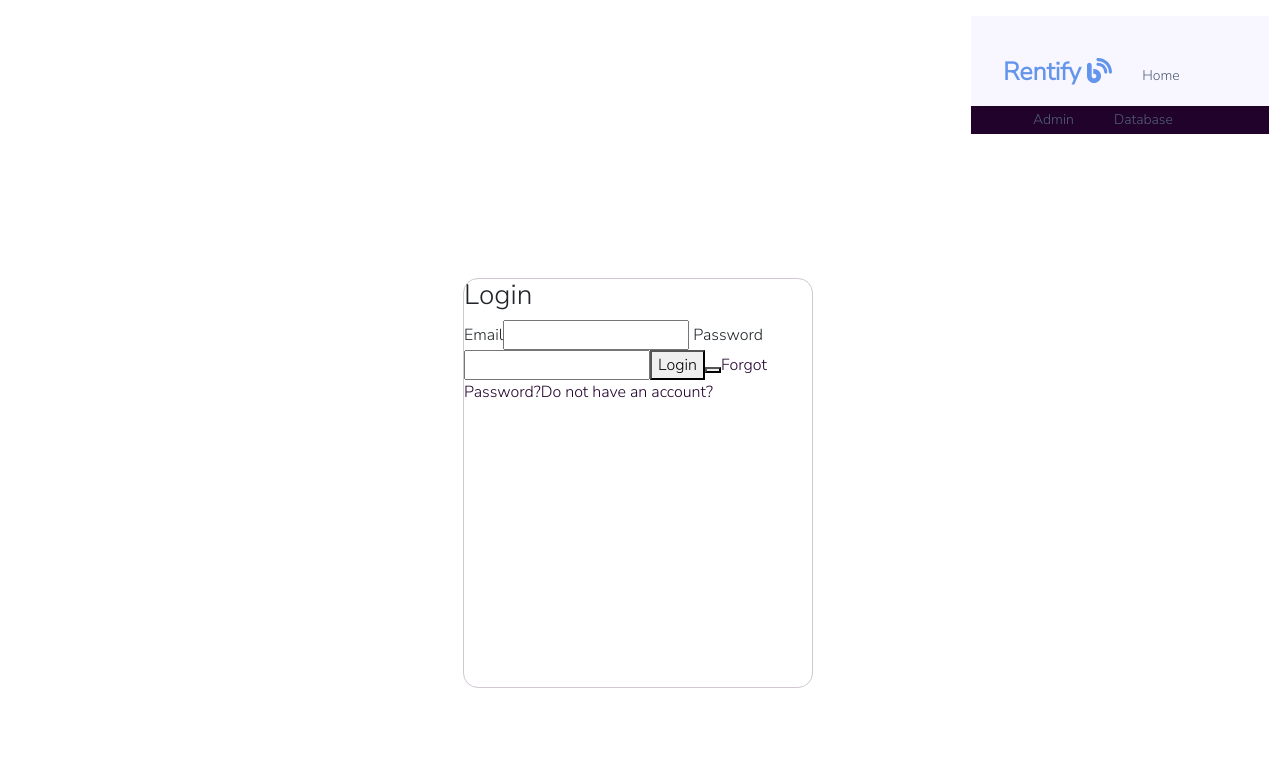
Repository: duzzisantos/rentify
Page: /auth/home
An editor plug-in stored every save of this project. The page is shown before and after the next save, followed by the edit.
The browser window is 1280 px wide. The pictures show the whole page.
The page's requests for data from a server got no answer. The project was rebuilt for these pictures with package versions that can differ from the ones it lists, and the page was loaded fresh each time. No one was signed in, and anything a server would have sent is missing. Also part of the build but not shown: src/admin.js, src/auth/register.js, src/table-component.js, src/edit-property.js, src/tables.js, src/booking.js.

Above is the page before, as saved 2022-05-19 00:43:14.

### src/App.js
import "./App.css";
import "react-bootstrap";
import "bootstrap/dist/css/bootstrap.min.css";
import { Route, Routes } from "react-router-dom";
import Homepage from "./home";
import Admins from "./admin";
import Auth from "./auth/auth";
import Login from "./auth/login";
import Register from "./auth/register";
import Tables from "./tables";
import EditProperty from "./edit-property";
import Booking from "./booking";

function App() {
  return (
    <div className="App">
      <Auth/>
      <Routes>
        <Route path="/" element={<Login />} />
        <Route path="login/*" element={<Login />} />
        <Route path="register/*" element={<Register />} />
        <Route path="auth/*" element={<Auth />} />
        <Route path="auth/home/*" element={<Homepage />} />
        <Route path="auth/admin" element={<Admins />} />
        <Route path="auth/tables/*" element={<Tables />} />
        <Route path="auth/admin/edit-property/:ID" element={<EditProperty />} />
        <Route path="booking/:ID" element={<Booking />} />
      </Routes>
    </div>
  );
}

export default App;

### src/App.css
@import url("https://fonts.googleapis.com/css2?family=Nunito+Sans:wght@300&family=Poppins:wght@200;300&family=Roboto&family=Roboto+Serif:wght@300&family=Ubuntu:wght@300&display=swap");
* {
  font-family: "Nunito Sans", sans-serif;
}
.App {
  /* display: flex;
  flex-direction: column; */
  height: fit-content;
  width: 100%;
}

.hero {
  height: calc(0.25 * 657px);
  background-color: rgb(33, 2, 43);
  width: 100%;
  padding-top: 80px;
  margin-top: 120px;
  background-image: url("https://i.dlpng.com/static/png/7058604_preview.png");
  background-repeat: no-repeat;
  background-size: cover;
  background-position: 0%;
  filter: grayscale(0);
}

.filter-property {
  height: calc(0.6 * 657px);
  background-color: azure;
  width: 100%;
  color: gray;
  justify-content: center;
  align-items: center;
  bottom: 0;
  padding-top: 40px;
}

.filter-property input {
  text-align: center;
}
#display-results {
  height: 657px;
  background-color: white;
  width: 100%;
  color: gray;
}

#hero-text {
  height: 80%;
  text-align: center;
}

h1 {
  color: white;
  padding-top: 0px;
  font-size: clamp(20px, 55px, 60px);
}

h4,
h6 {
  padding-top: 10px;
  margin-left: 25px;
  font-size: clamp(10px, 15px, 20px);
  color: rgba(0, 0, 0, 0.705);
}

.filter-property span {
  margin-left: 25px;
  margin-top: 10px;
  color: rgba(0, 0, 0, 0.705);
  display: block;
  font-weight: 600;
  font-size: 14px;
}

.filter-property label {
  display: inline-block;
  margin-left: 22px;
  font-size: 13px;
  color: rgba(0, 0, 0, 0.705);
}

.filter-property input[type="checkbox"] {
  display: inline-block;
  margin-left: 5px;
}

#search-btn {
  background-color: transparent;
  border: 1px solid black;
  color: rgba(0, 0, 0, 0.705);
  border-radius: 10px;
  display: block;
  margin-left: 25px;
  margin-top: 10px;
  padding: 6px;
  font-size: 13px;
  width: 70px;
  margin-bottom: 20px;
}

#search-btn:hover {
  border: 1px solid rgb(33, 2, 43);
  color: rgb(33, 2, 43);
}

.link {
  text-decoration-line: none;
  color: white;
  margin: 10px;
}

.links{
  color: rgb(33, 2, 43);
  text-decoration: none;
}
.link:hover {
  color: gray;
}

tr .link {
  text-decoration-line: none;
  color: rgba(0, 0, 0, 0.705);
  margin: 10px;
}

tr .link:hover {
  color: rgb(33, 2, 43);
}

.admin-container,
.edit-container {
  height: fit-content;
  padding-top: 80px;
  display: flex;
  flex-direction: column;
  width: 100%;
  justify-content: center;
  align-items: center;
}

.admin-container h2,
.admin-container h6,
.edit-container h6 {
  text-align: center;
}

.admin-container h2,
.edit-container h2 {
  color: rgba(0, 0, 0, 0.705);
  padding: 25px;
}

.admin-container form,
.edit-container form {
  padding-top: 20px;
  width: 450px;
  margin-left: 0;
  display: block;
  background-color: azure;
  display: flex;
  flex-direction: column;
  margin-bottom: 20px;
  border-radius: 15px;
}

.admin-container input,
.edit-container input {
  display: block;
  border: 1px solid rgb(212,212,212);
  border-radius: 15px;
  width: 300px;
  font-size: small;
  text-indent: 5px;
  margin-left: 15%;
}

.admin-container label,
.admin-container span,
.edit-container label,
.edit-container span {
  display: block;
  font-size: small;
  margin-top: 10px;
  margin-left: 15%;
}

#admin-btn {
  border-radius: 15px;
  border: 1px solid transparent;
  margin-bottom: 15px;
  margin-top: 15px;
  color: white;
  background-color: #25D366;
  display: block;
  font-size: small;
  margin-left: 15%;
  width: 100px;
  padding: 4px;
}


.display-data {
  height: fit-content;
  background-color: rgb(33, 2, 43);
  padding-top: 80px;
  color: whitesmoke;
  display: flex;
  flex-direction: column;
}

.display-data h2,
.display-data h6 {
  text-align: center;
  color: whitesmoke;
}

.photos {
  margin-top: 5px;
}

.photos::placeholder {
  font-size: small;
  text-indent: 5px;
}

#search {
  margin-bottom: 15px;
  width: 300px;
  border: 1px solid rgb(212,212,212);
  border-radius: 15px;
  outline: none;
  padding: 4px;
  margin-left: 40%;
  /* margin-left: 19%; * for media query max-width 550px */
}

#search::placeholder {
  font-size: small;
  text-align: center;
}

input {
  outline: none;
}
.database {
  height: fit-content;
  background-color: azure;
  margin-top: 10px;
}

#delete {
  background-color: transparent;
  border: 1px solid #eb5e55;
  color: black;
  border-radius: 5px;
}

#data-reference {
  width: 950px;
  display: inline-block;
  overflow: hidden;
}

#data-reference ol li {
  margin-bottom: 12px;
}
#update-dialog input {
  width: 300px;
  margin-top: 3px;
  display: block;
}

#final-update {
  background-color: rgb(33, 2, 43);
  border: 1px solid transparent;
  color: whitesmoke;
  margin-bottom: 10px;
}

h4,
#display-results span {
  text-align: center;
}

#display-results {
  width: 100%;
  height: fit-content;
  border: 1px solid azure;
}

.one-result {
  width: 100%;
  height: fit-content;
  border: 1px solid whitesmoke;
}

.image-holder {
  height: fit-content;
  width: fit-content;
  border: 1px solid whitesmoke;
  display: flex;
  flex-direction: row;
  flex-wrap: wrap;
  margin-left: 80px;
}

.image-holder img {
  background-repeat: no-repeat;
  background-size: cover;
  height: 140px;
  width: 185px;
  margin: 5px;
  border: 1px solid whitesmoke;
  background-size: cover;
  background-position: center;
  transition: transform 0.5s;
}

.image-holder img:hover {
  transform: scale(1.3);
}
tr img {
  height: 30px;
  width: 40px;
  border: 1px solid whitesmoke;
  background-size: cover;
  background-position: center;
  transition: transform 0.5s;
}

tr img:hover {
  transform: scale(3);
}

.primary-details li {
  font-size: small;
  margin-left: 60px;
}
.primary-details li:nth-child(1) {
  margin-top: 10px;
}
.amenities li {
  list-style-type: none;
  display: inline-block;
  justify-content: space-between;
  margin: 8px;
  margin-left: 50px;
  font-size: small;
}

.booking {
  border: 1px solid rgb(33, 2, 43);
  color: rgb(33, 2, 43);
  background-color: transparent;
  margin-left: 3px;
  border-radius: 15px;
  font-size: 11px;
  margin-bottom: 10px;
}

.isAvailable {
  background-color: #25D366;
  border: 1px solid transparent;
  border-radius: 15px;
  color: white;
  font-size: 11px;
  margin-bottom: 5px;
  margin-left: 80px;
}

.booking-wrapper{
  height: fit-content;
  width: 100%;
  display: flex;
  flex-direction: column;
  justify-content: center;
  align-items: center;
  padding-top: 80px;
}

.my-booking{
  height: 500px;
  width: 400px;
  background-color: azure;
  border-radius: 15px;
}

.my-booking form{
  display: flex;
  flex-direction: column;
}
.my-booking label{
  margin-left: 50px;
  margin-top: 15px;
}
.my-booking input{
  width: 300px;
  margin-left: 50px;
  border-radius: 15px;
  margin-bottom: 5px;
  border: 1px solid rgb(212,212,212);
  text-indent: 10px;
}
.account-display {
  margin-top: 200px;
  margin-left: 35%;
  display: flex;
  flex-direction: column;
  height: 350px;
  width: 400px;
  background-color: rgb(33, 2, 43);
  border-top-left-radius: 50px;
  border-bottom-right-radius: 50px;

  /* margin-left: 36%;
  margin-top: calc(37% / 5); */
}

.account-display .account-nav {
  list-style-type: none;
  display: flex;
  flex-direction: row;
  margin-bottom: 25px;
  margin-top: 10px;
  margin-left: 210px;
}

.account-display .account-nav .links {
  text-decoration-line: none;
  color: whitesmoke;
  margin-left: 20px;
  font-size: small;
}

.account-nav .links:hover {
  color: gray;
}

.account-form-wrapper {
  height: 200px;
  width: 400px;
  display: flex;
  flex-direction: column;
  background-color: rgb(33, 2, 43);
  color: whitesmoke;
  /* border-top-left-radius: 50px;
  border-bottom-right-radius: 50px; */
}

.account-form-wrapper h3 {
  text-align: center;
  margin-bottom: 30px;
}

.account-form-wrapper form {
  display: flex;
  flex-direction: column;
  width: 80%;
  margin-left: 10%;
}

.account-form-wrapper input {
  margin-bottom: 20px;
  border-radius: 10px;
  border: 1px solid transparent;
}

.account-form-wrapper button {
  margin: 20px 10px 0px 0px;
  width: 30%;
  border: 1px solid whitesmoke;
  background-color: transparent;
  border-radius: 50px;
  color: whitesmoke;
}

.account-form-wrapper .account-nav .links {
  color: whitesmoke;
  text-decoration: none;
  list-style-type: none;
}

.list-wrapper {
  padding-top: 80px;
  width: 99%;
  height: fit-content;
}

.auth-container{
  height: 80px;
  width: 100%;
  background-color: rgb(33, 2, 43);
  border: 1px solid white;
}

.login,
.register,
.reset {
  height: 645px;
  width: 99.7%;
  display: -webkit-box;
  display: -ms-flexbox;
  display: flex;
  -webkit-box-orient: vertical;
  -webkit-box-direction: normal;
      -ms-flex-direction: column;
          flex-direction: column;
  -webkit-box-pack: center;
      -ms-flex-pack: center;
          justify-content: center;
  -webkit-box-align: center;
      -ms-flex-align: center;
          align-items: center;
  bottom: 0;
}

.login-container,
.register-container,
.reset-container {
  height: 410px;
  width: 350px;
  border: 1px solid #d1c7d1;
  border-radius: 15px;
  margin-top: 50px;
}

.auth-container {
  height: 120px;
  width: 300px;
  margin-right: 10px;
  overflow: hidden;
  margin-left: auto;
  margin-top: 15px;
  display: -webkit-box;
  display: -ms-flexbox;
  display: flex;
  -webkit-box-orient: horizontal;
  -webkit-box-direction: normal;
      -ms-flex-direction: row;
          flex-direction: row;
}

.auth-span {
  height: -webkit-fit-content;
  height: -moz-fit-content;
  height: fit-content;
  width: -webkit-fit-content;
  width: -moz-fit-content;
  width: fit-content;
  margin-left: 4px;
  margin-top: 5px;
  overflow: hidden;
}

.auth-btn {
  height: 40px;
  width: 40px;
  border-radius: 50%;
  margin-left: 10px;
  margin-top: 8px;
}

.auth-btn:hover {
  color: white;
  background-color: crimson;
  -webkit-transition-delay: 20ms;
          transition-delay: 20ms;
}

/*Navbar component*/

.nav-items {
  width: 100%;
  height: 90px;
  margin-top: 0px;
}

.nav-links {
  display: inline-block;
  margin-left: 20px;
  padding-top: 15px;
}

.nav-links:nth-child(1) {
  font-size: 25px;
  color: cornflowerblue;
  font-weight: 800;
  -webkit-text-decoration-line: none;
          text-decoration-line: none;
  text-decoration: none;
  margin-left: 0px;
}

.nav-items #hamburger-icon {
  display: none;
}

.nav-items .dashboard-container {
  margin-left: 0px;
}

.link {
  color: #525f7a;
  font-size: 14px;
  text-decoration: none;
}

.link:hover {
  -webkit-text-decoration-line: underline;
          text-decoration-line: underline;
  text-decoration-thickness: 2px;
  -webkit-text-decoration-color: cornflowerblue;
          text-decoration-color: cornflowerblue;
}

.nav-wrap {
  display: -webkit-box;
  display: -ms-flexbox;
  display: flex;
  -webkit-box-orient: horizontal;
  -webkit-box-direction: normal;
      -ms-flex-direction: row;
          flex-direction: row;
  margin-top: 0px;
}

.navbar {
  height: 90px;
  background-color: #f8f7ff;
  -webkit-box-shadow: 1px 1px 5px 1px rgba(0, 0, 0, 0.1);
          box-shadow: 1px 1px 5px 1px rgba(0, 0, 0, 0.1);
  width: 100%;
  position: fixed;
  z-index: 2;
  display: -webkit-box;
  display: -ms-flexbox;
  display: flex;
  -webkit-box-orient: horizontal;
  -webkit-box-direction: normal;
      -ms-flex-direction: row;
          flex-direction: row;
}

### src/auth/auth.js
import React, { useState, useEffect } from "react";
import { useAuthState } from "react-firebase-hooks/auth";
import { useNavigate, Link } from "react-router-dom";
import "../App.css";
import { db, auth, logout } from "./firebase";
import { query, collection, getDocs, where } from "firebase/firestore";
import { FontAwesomeIcon } from "@fortawesome/react-fontawesome";
import { library } from "@fortawesome/fontawesome-svg-core";
import {
  faBars,
  faBlog,
  faCake,
  faClock,
  faHouse,
  faPowerOff,
  faUser,
} from "@fortawesome/free-solid-svg-icons";

library.add(faCake, faPowerOff, faHouse, faClock, faUser, faBars);
const isAuthorized = process.env.REACT_APP_ADMIN;

const Auth = () => {
  const [user, loading] = useAuthState(auth);
  const [name, setName] = useState("");
  const navigate = useNavigate();

  const fetchUserName = async () => {
    try {
      const q = query(collection(db, "users"), where("uid", "==", user?.uid));
      const doc = await getDocs(q);
      const data = doc.docs[0].data();
      setName(data.name);
    } catch (err) {
      console.log(err);
    }
  };

  useEffect(() => {
    if (loading) {
      return;
    } else if (!user) {
      fetchUserName();
      return navigate("/");
    }
  });

  // handles menu collapse for navbar

  const handleMenuCollapse = () => {
    var navitems = document.getElementById("myTopnav");
    if (navitems.className === "nav-items") {
      navitems.className += " responsive";
    } else {
      navitems.className = "nav-items";
    }
  };

  return (
    <div className="auth-container">
      <nav className="navbar">
        {/* <div className="img-holder" id="active"></div> */}
        <ul className="nav-items" id="myTopnav">
          <li className="nav-links" id="active">
            <Link to="/auth/home" className="nav-links">
              Rentify <FontAwesomeIcon icon={faBlog} />
            </Link>
          </li>
          <li className="nav-links">
            <Link to="/auth/home" className="link">
              Home
            </Link>
          </li>
          {user?.uid === isAuthorized ? (
            <>
              <li className="nav-links">
                <Link to="/auth/admin" className="link">
                  Admin
                </Link>
              </li>
              <li className="nav-links">
                <Link to="/auth/table" className="link">
                  Database
                </Link>
              </li>
            </>
          ) : (
            <></>
          )}

          <li className="nav-links">
            <div className="auth-container">
              <span className="auth-span">
                <FontAwesomeIcon icon={faUser} style={{ color: "#000000" }} />
              </span>
              <span className="auth-span">{name}</span>
              <div className="auth-avi" title="Logged in">
                {user?.email[0].toUpperCase()}
              </div>
              <span className="auth-span">{user?.email}</span>
              <button
                className="auth-btn"
                onClick={logout}
                type="button"
                title="Logout"
              >
                <FontAwesomeIcon icon={faPowerOff} />
              </button>
            </div>
          </li>
          <li
            className="nav-links"
            id="hamburger-icon"
            onClick={handleMenuCollapse}
          >
            <FontAwesomeIcon icon={faBars} style={{ fontSize: "30px" }} />
          </li>
        </ul>
      </nav>
    </div>
  );
};

export default Auth;

### src/auth/login.js
import React, { useEffect, useState } from "react";
import { Link, useNavigate } from "react-router-dom";
import {
  auth,
  logInWithEmailAndPassword,
  signInWithGoogle,

} from "./firebase";
// import { signInWithFacebook } from "./facebook-auth";
import { useAuthState } from "react-firebase-hooks/auth";
import "../App.css";
const Login = () => {
  const [email, setEmail] = useState("");
  const [password, setPassword] = useState("");
  const [user, loading] = useAuthState(auth);

  const navigate = useNavigate();

  useEffect(() => {
    if (loading) {
      return;
    }
    if (user) navigate("/auth/home");
  });
  return (
    <div className="login">
      <div className="login-container">
        <h3>Login</h3>
        <label htmlFor="login-email">Email</label>
        <input
          type="text"
          id="login-email"
          value={email}
          onChange={(e) => setEmail(e.target.value)}
        />{" "}
        <label htmlFor="login-password">Password</label>
        <input
          type="password"
          id="login-password"
          value={password}
          onChange={(e) => setPassword(e.target.value)}
        />
        <button
          className="login-btn"
          onClick={() => logInWithEmailAndPassword(email, password)}
        >
          Login
        </button>
        <button className="google" onClick={signInWithGoogle}></button>
        <span className="login-span">
          <Link to="reset" className="links">
            Forgot Password?
          </Link>
        </span>
        <span className="login-span">
          <Link to="register" className="links">
            Do not have an account?
          </Link>
        </span>
      </div>
    </div>
  );
};

export default Login;

### src/auth/firebase.js
// Import the functions you need from the SDKs you need
import { initializeApp } from "firebase/app";
import {
  GoogleAuthProvider,
  getAuth,
  signInWithPopup,
  createUserWithEmailAndPassword,
  sendPasswordResetEmail,
  signOut,
  signInWithEmailAndPassword,
  FacebookAuthProvider,
  GithubAuthProvider,
} from "firebase/auth";

import {
  getFirestore,
  query,
  getDocs,
  collection,
  where,
  addDoc,
} from "firebase/firestore";

const firebaseConfig = {
  apiKey: "AIzaSyBq7ZNJVq1t_7de0pP81LbAvlPEPQxA0vo",
  authDomain: "rentify-auth.firebaseapp.com",
  projectId: "rentify-auth",
  storageBucket: "rentify-auth.appspot.com",
  messagingSenderId: "445797736646",
  appId: "1:445797736646:web:41143314a017117dcc77c7",
  measurementId: "G-53M80TPLJK",
};

// Initialize Firebase
const app = initializeApp(firebaseConfig);
const auth = getAuth(app);
const db = getFirestore(app);
const provider = new FacebookAuthProvider();
provider.addScope("user_birthday");
provider.setCustomParameters({
  display: "popup",
});

const googleProvider = new GoogleAuthProvider();
const signInWithGoogle = async () => {
  try {
    const res = await signInWithPopup(auth, googleProvider);
    const user = res.user;
    const q = query(collection(db, "users"), where("uid", "==", user.uid));
    const docs = await getDocs(q);
    if (docs.docs.length === 0) {
      await addDoc(collection(db, "users"), {
        uid: user.uid,
        name: user.displayName,
        authProvider: "google",
        email: user.email,
      });
    }
  } catch (err) {
    console.log(err);
  }
};

//Facebook authentication

const signInWithFacebook = async () => {
  try {
    const res = await signInWithPopup(auth, provider);
    const user = res.user;
    const q = query(collection(db, "users"), where("uid", "==", user.uid));
    const docs = await getDocs(q);
    if (docs.docs.length === 0) {
      await addDoc(collection(db, "users"), {
        uid: user.uid,
        name: user.displayName,
        authProvider: "facebook",
        email: user.email,
        photo: user.photoURL,
      });
    }
  } catch (err) {
    console.log(err);
  }
};

const gitProvider = new GithubAuthProvider();
gitProvider.addScope("user");
gitProvider.setCustomParameters({
  allow_signup: "false",
});
const signInUsingGithub = async () => {
  try {
    const res = await signInWithPopup(auth, gitProvider);
    const user = res.user;
    const q = query(collection(db, "users"), where("uid", "==", user.uid));
    const docs = await getDocs(q);
    if (docs.docs.length === 0) {
      await addDoc(collection(db, "users"), {
        uid: user.uid,
        name: user.displayName,
        authProvider: "github",
        email: user.email,
        photo: user.photoURL,
      });
    }
  } catch (err) {
    console.log(err);
  }
};

const logInWithEmailAndPassword = async (email, password) => {
  try {
    await signInWithEmailAndPassword(auth, email, password);
  } catch (err) {
    alert("Either Email or Password is incorrect!");
    console.log(err);
  }
};

const registerWithEmailAndPassword = async (name, email, password) => {
  try {
    const res = await createUserWithEmailAndPassword(auth, email, password);
    const user = res.user;
    await addDoc(collection(db, "users"), {
      uid: user.uid,
      name,
      authProvider: "google",
      email,
    });
  } catch (err) {
    console.log(err);
  }
};

const sendPasswordReset = async (email) => {
  try {
    await sendPasswordResetEmail(auth, email);
    console.log("Password reset link sent!");
  } catch (err) {
    console.log(err);
  }
};

const logout = () => {
  signOut(auth);
};

export {
  auth,
  db,
  signInWithGoogle,
  signInWithFacebook,
  signInUsingGithub,
  logInWithEmailAndPassword,
  registerWithEmailAndPassword,
  sendPasswordReset,
  logout,
};

Loaded but not shown: public/index.html (common file); src/index.js (common file); src/index.css (common file); src/home.js (128 lines, source omitted)

After the next save:
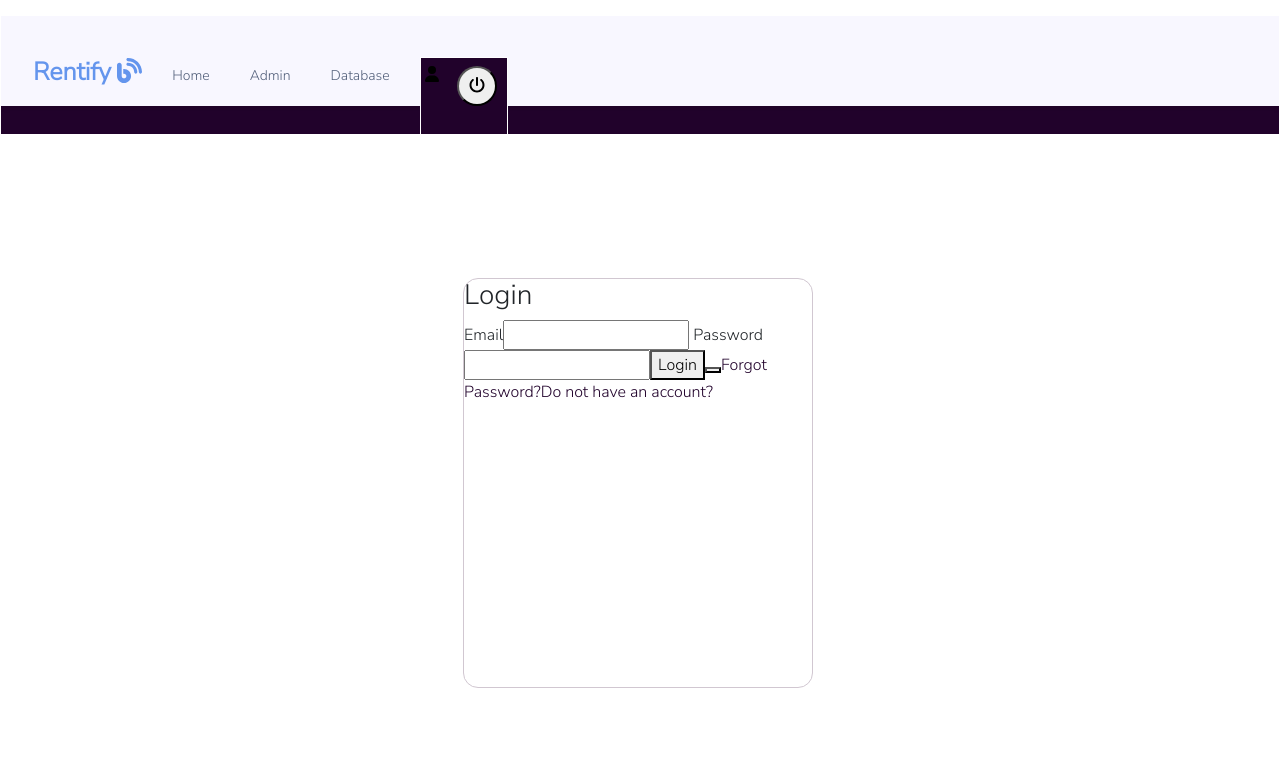
Saved 15 s later.
--- a/src/App.css
+++ b/src/App.css
@@ -525,7 +525,7 @@ tr img:hover {
 
 .auth-container {
   height: 120px;
-  width: 300px;
+  width: 100%;
   margin-right: 10px;
   overflow: hidden;
   margin-left: auto;
